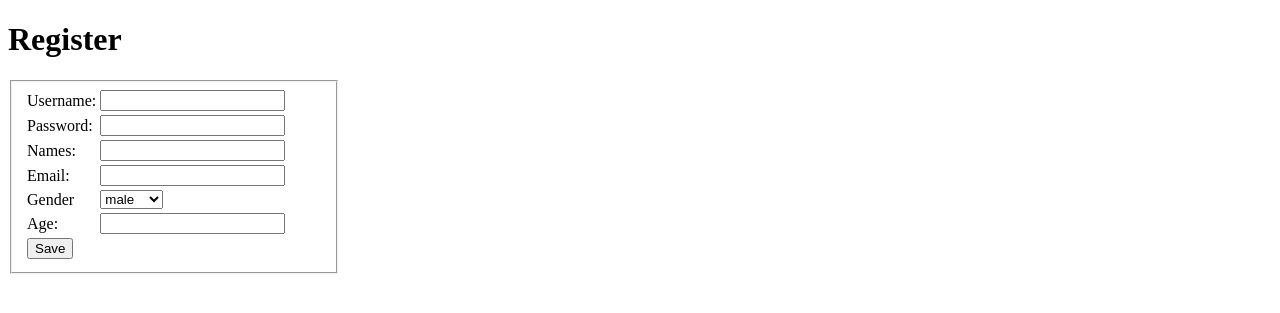
Repository: TeodorZlatev/Homework
Page: http://localhost/Web/register.jsp
The author's editor kept a copy of each file at every save. The page is drawn from the files as they stood at one save, then again after the next save.
The browser window is 1280 px wide. The pictures show the whole page.
The page is served by Tomcat 9.

Above is the page before, as saved 2016-04-22 23:23:27.

After the next save:
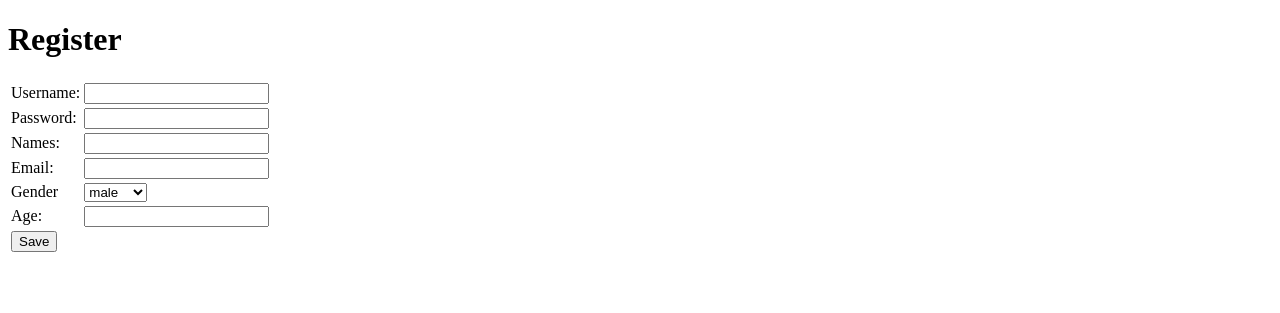
Saved 33 s later.
--- a/HomeworkWeb/Web/WebContent/register.jsp
+++ b/HomeworkWeb/Web/WebContent/register.jsp
@@ -10,7 +10,6 @@
 	<h1>Register</h1>
 	</p>
 	<form action="register" method="post">
-		<fieldset style="width: 300px">
 			<table>
 				<tr>
 					<td>Username:</td>
